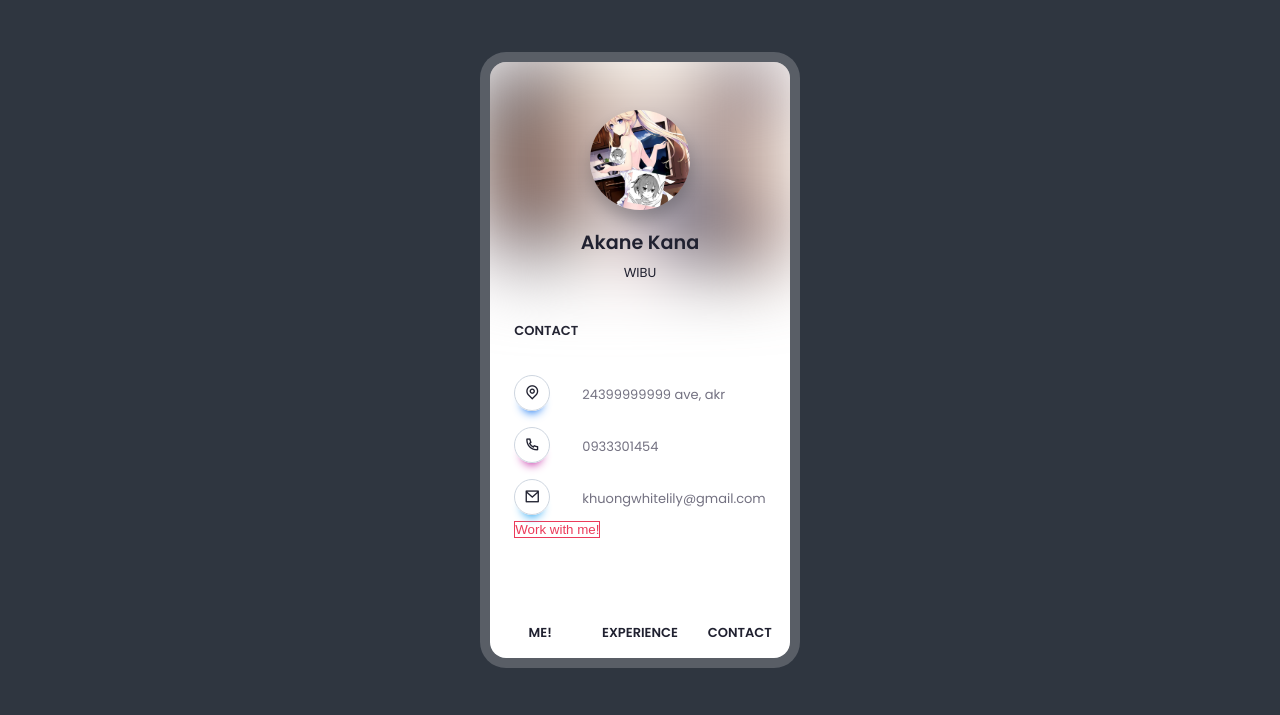
Repository: AkaneKana/AkaneKana
Page: index.html
These files come from the project's save history. The page is drawn as it stood at one moment and after a run of saves; the edit follows.
The browser window is 1280 px wide. The pictures show the whole page.
Some web libraries are served in a nearby version.

Above is the page before, as saved 2023-05-19 17:13:35.

After the next 3 saves:
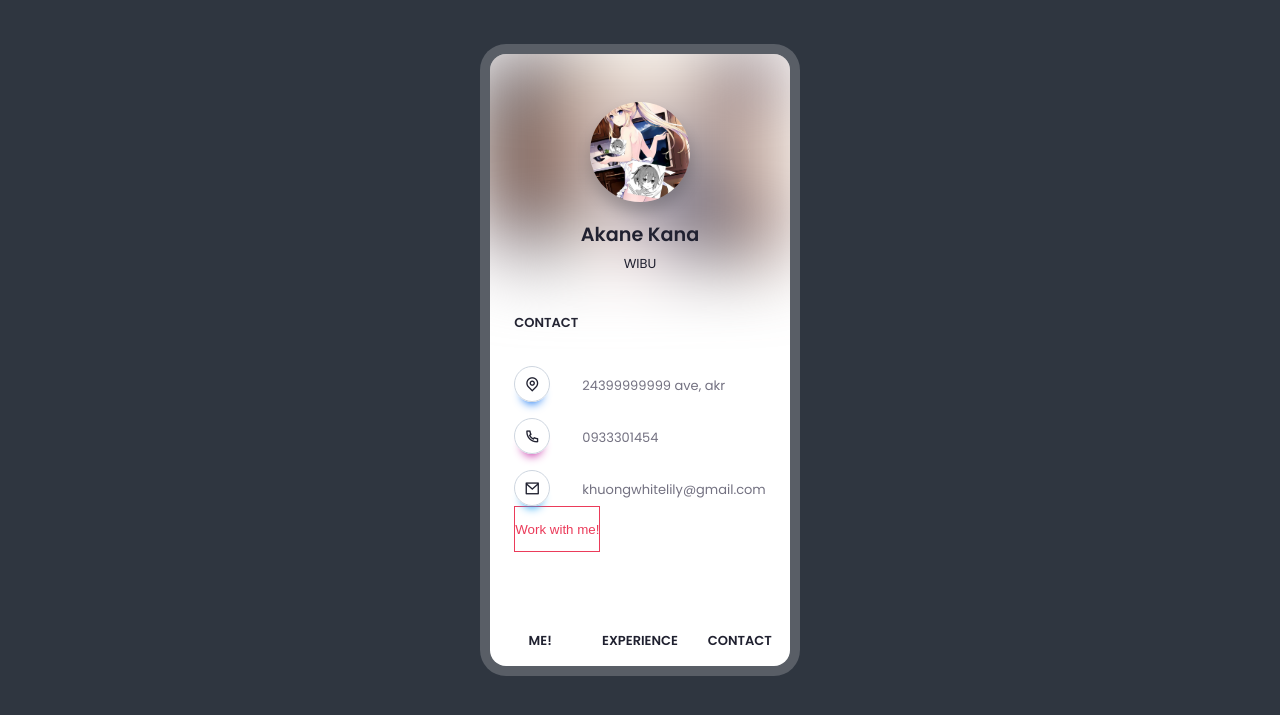
The 3 saves are shown as one change because they came seconds apart.
The last was saved 9 s later.
--- a/style.css
+++ b/style.css
@@ -354,6 +354,7 @@ section > div.active {
   outline: 0;
   background-color: var(--white-color);
   color: var(--primary-color);
-
-
-}
+  height: 46px;
+  padding: ;
+
+}
